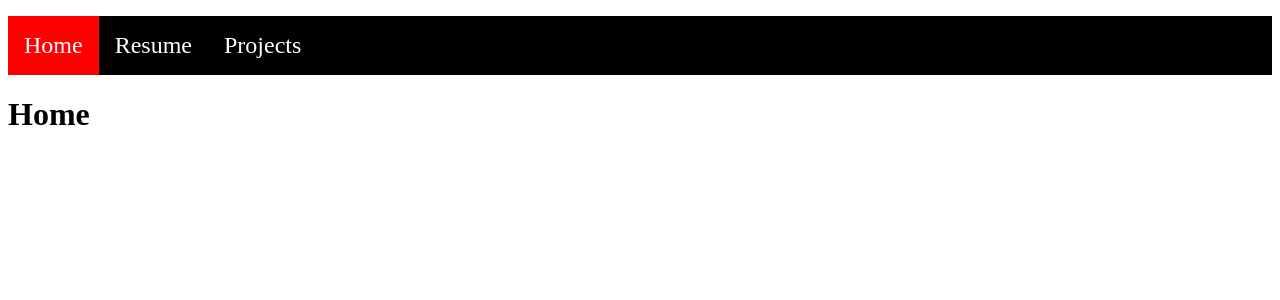
Repository: GiangNguyen2805/GiangNguyen2805.github.io
Page: index.html
The author's editor kept a record of every edit. The page is drawn from the files as they stood at one moment, then again after the next edit.
The browser window is 1280 px wide. The pictures show the whole page.

Above is the page before.

After the next edit:
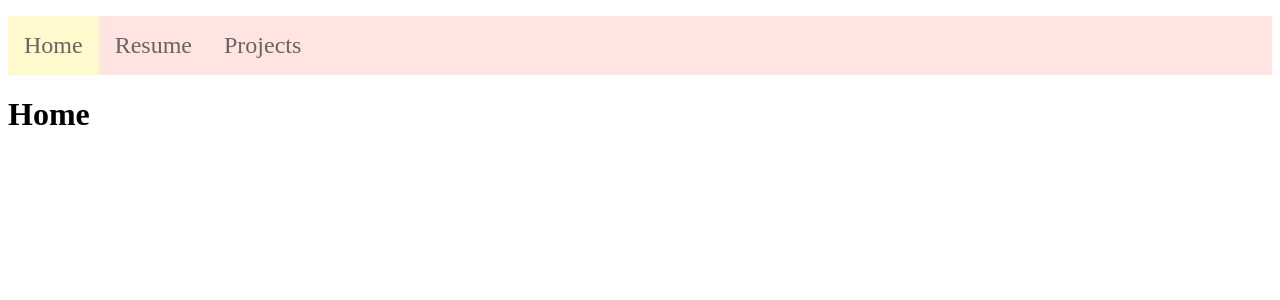
The edit:
--- a/index.html
+++ b/index.html
@@ -2,44 +2,7 @@
 <html>
 <head>
 <title>Page Title</title>
-<style>
-    .navbar{
-        list-style: none;
-        background-color: black;
-        overflow: hidden;
-        padding: 0;
-    }
-    .navbar a, .dropdown div{
-        text-decoration: none;
-        color: white ;
-        font-size: 24px;
-        padding: 16px;
-        display: inline-block;
-    }
-   .navbar li{
-       float: left;
-   }
-   .navbar li:hover{
-       background-color: blue;
-   }
-   .dropdown-content{
-       list-style: none;
-       padding: 0;
-       display: none;
-       position: absolute;
-       z-index: 1;
-       background-color: black
-   }
-   .dropdown-content li{
-       float: none;
-   }
-   .dropdown:hover .dropdown-content{
-       display: block;
-   }
-   .active{
-       background-color: red;
-   }
-</style>
+<link rel="stylesheet" type="text/css" href="style.css">
 
 
 </head>
